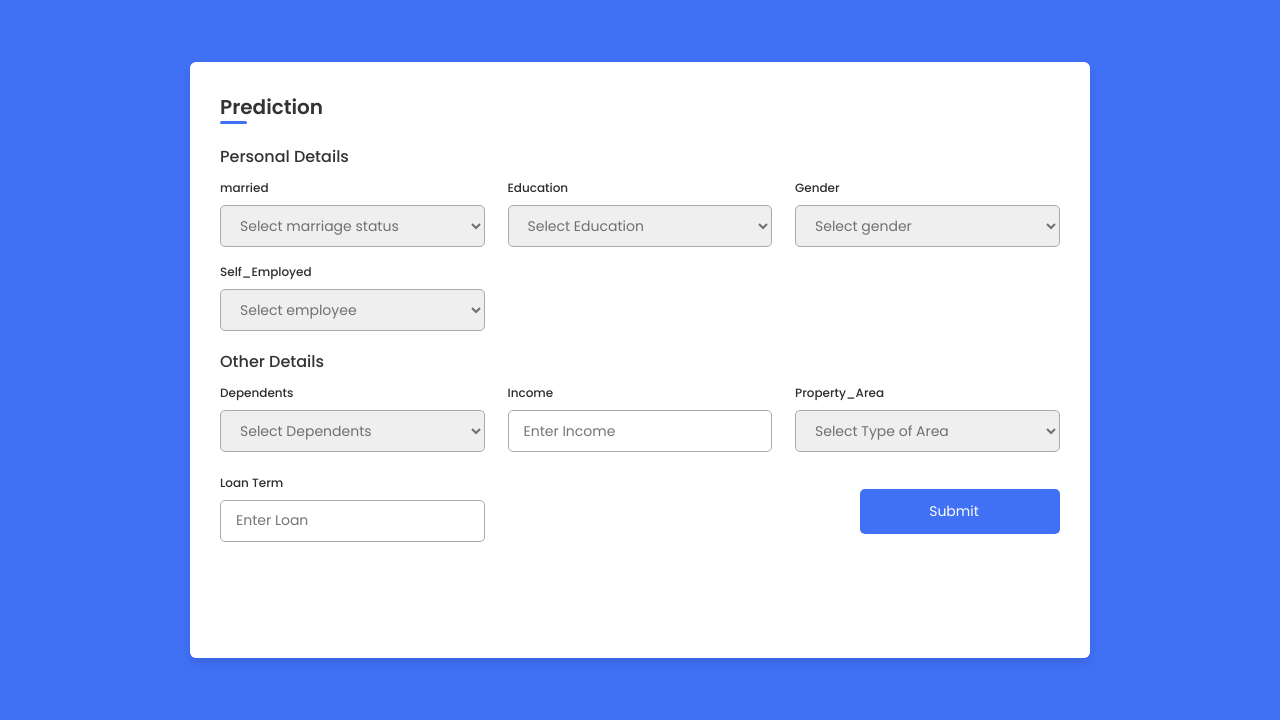
Repository: Harshini-028/majorProject_LoanPrediction
Page: http://localhost/predict
An editor plug-in stored every save of this project. The page is shown before and after the next save, followed by the edit.
The browser window is 1280 px wide. The pictures show the whole page.
Some icons come from a web library that is not loaded, so they are not drawn. The page is served by the project's application, run on Django 4.2 (manage.py). Other server files are loaded and not shown.

Above is the page before, as saved 2022-06-20 18:49:44.
Console error: TypeError: Cannot read properties of null (reading 'addEventListener')

### prediction/templates/form.html
<!DOCTYPE html>
<!--=== Coding by CodingLab | www.codinglabweb.com === -->
<html lang="en">
<head>
    <meta charset="UTF-8">
    <meta http-equiv="X-UA-Compatible" content="IE=edge">
    <meta name="viewport" content="width=device-width, initial-scale=1.0">

    <!----======== CSS ======== -->
    <!-- <link rel="stylesheet" href="form.css"> -->

    <!----===== Iconscout CSS ===== -->
    <link rel="stylesheet" href="https://unicons.iconscout.com/release/v4.0.0/css/line.css">

    <!--<title>Responsive Regisration Form </title>-->
</head>
<style>
    /* ===== Google Font Import - Poppins ===== */
@import url('https://fonts.googleapis.com/css2?family=Poppins:wght@200;300;400;500;600&display=swap');
*{
    margin: 0;
    padding: 0;
    box-sizing: border-box;
    font-family: 'Poppins', sans-serif;
}
body{
    min-height: 100vh;
    display: flex;
    align-items: center;
    justify-content: center;
    background: #4070f4;
}
.container{
    position: relative;
    max-width: 900px;
    width: 100%;
    border-radius: 6px;
    padding: 30px;
    margin: 0 15px;
    background-color: #fff;
    box-shadow: 0 5px 10px rgba(0,0,0,0.1);
}
.container header{
    position: relative;
    font-size: 20px;
    font-weight: 600;
    color: #333;
}
.container header::before{
    content: "";
    position: absolute;
    left: 0;
    bottom: -2px;
    height: 3px;
    width: 27px;
    border-radius: 8px;
    background-color: #4070f4;
}
.container form{
    position: relative;
    margin-top: 16px;
    min-height: 490px;
    background-color: #fff;
    overflow: hidden;
}
.container form .form{
    position: absolute;
    background-color: #fff;
    transition: 0.3s ease;
}

form.secActive .form.first{
    opacity: 0;
    pointer-events: none;
    transform: translateX(-100%);
}
.container form .title{
    display: block;
    margin-bottom: 8px;
    font-size: 16px;
    font-weight: 500;
    margin: 6px 0;
    color: #333;
}
.container form .fields{
    display: flex;
    align-items: center;
    justify-content: space-between;
    flex-wrap: wrap;
}
form .fields .input-field{
    display: flex;
    width: calc(100% / 3 - 15px);
    flex-direction: column;
    margin: 4px 0;
}
.input-field label{
    font-size: 12px;
    font-weight: 500;
    color: #2e2e2e;
}
.input-field input, select{
    outline: none;
    font-size: 14px;
    font-weight: 400;
    color: #333;
    border-radius: 5px;
    border: 1px solid #aaa;
    padding: 0 15px;
    height: 42px;
    margin: 8px 0;
}
.input-field input :focus,
.input-field select:focus{
    box-shadow: 0 3px 6px rgba(0,0,0,0.13);
}
.input-field select,
.input-field input[type="date"]{
    color: #707070;
}
.input-field input[type="date"]:valid{
    color: #333;
}
.container form button, .backBtn{
    display: flex;
    align-items: center;
    justify-content: center;
    height: 45px;
    max-width: 200px;
    width: 100%;
    border: none;
    outline: none;
    color: #fff;
    border-radius: 5px;
    margin: 25px 0;
    background-color: #4070f4;
    transition: all 0.3s linear;
    cursor: pointer;
}
.container form .btnText{
    font-size: 14px;
    font-weight: 400;
}
form button:hover{
    background-color: #265df2;
}
form button i,
form .backBtn i{
    margin: 0 6px;
}
form .backBtn i{
    transform: rotate(180deg);
}
form .buttons{
    display: flex;
    align-items: center;
}
form .buttons button , .backBtn{
    margin-right: 14px;
}

@media (max-width: 750px) {
    .container form{
        overflow-y: scroll;
    }
    .container form::-webkit-scrollbar{
       display: none;
    }
    form .fields .input-field{
        width: calc(100% / 2 - 15px);
    }
}

@media (max-width: 550px) {
    form .fields .input-field{
        width: 100%;
    }
}
</style>
<body>
    <div class="container">
        <header>Prediction</header>

        <form action="#" method="post">
            <div class="form first">
                <div class="details personal">
                    <span class="title">Personal Details</span>

                    <div class="fields">




                        <div class="input-field">
                            <label>married</label>
                            <select required name="married">
                                <option disabled selected>Select marriage status</option>
                                <option value="1" >Yes</option>
                                <option value="0">No</option>

                            </select>
                        </div>

                        <div class="input-field">
                            <label>Education</label>
                            <select required name="Education">
                                <option disabled selected>Select Education</option>
                                <option value="1">Graduate</option>
                                <option value="0">Not Graduate</option>

                            </select>
                        </div>

                        <div class="input-field">
                            <label>Gender</label>
                            <select required name="Gender">
                                <option disabled selected>Select gender</option>
                                <option>Male</option>
                                <option>Female</option>
                                <option>Others</option>
                            </select>
                        </div>

                        <div class="input-field">
                            <label>Self_Employed </label>
                            <select required name="Self_Employed">
                                <option disabled selected>Select employee</option>
                                <option>Yes</option>
                                <option>No</option>

                            </select>
                        </div>
                    </div>
                </div>

                <div class="Other Details">
                    <span class="title">Other Details</span>

                    <div class="fields">
                        <div class="input-field">
                            <label>Dependents</label>
                            <select required name="Self_Employed">
                                <option disabled selected>Select Dependents</option>
                                <option value="0">0</option>
                                <option value="1">1</option>
                                <option value="2">2</option>
                                <option value="4">4</option>

                            </select>
                        </div>

                        <div class="input-field">
                            <label>Income</label>
                            <input type="number" placeholder="Enter Income" required name="Income">
                        </div>

                        <div class="input-field">
                            <label>Property_Area</label>
                            <select required name="Property_Area">
                                <option disabled selected>Select Type of Area</option>
                                <option value="0">Urban</option>

                                <option value="1">Rural</option>
                            </select>
                        </div>

                        <div class="input-field">
                            <label>Loan Term</label>
                            <input type="number" placeholder="Enter Loan" required name="loanterm">
                        </div>

                        <button class="sumbit" type="submit">
                            <span class="btnText">Submit</span>
                            <i class="uil uil-navigator"></i>
                        </button>
                    </div>
                </div>
            </div>
        </form>
    </div>

    <!--<script src="main.js"></script>-->
    <script src="main.js"></script>
</body>
</html>

### prediction/views.py
from django.shortcuts import render

# Create your views here.

def homepage(request):
    return render(request,'index.html')

def predictpage(request):
    return render(request,'form.html')

### loanprediction/urls.py
"""loanprediction URL Configuration

The `urlpatterns` list routes URLs to views. For more information please see:
    https://docs.djangoproject.com/en/4.0/topics/http/urls/
Examples:
Function views
    1. Add an import:  from my_app import views
    2. Add a URL to urlpatterns:  path('', views.home, name='home')
Class-based views
    1. Add an import:  from other_app.views import Home
    2. Add a URL to urlpatterns:  path('', Home.as_view(), name='home')
Including another URLconf
    1. Import the include() function: from django.urls import include, path
    2. Add a URL to urlpatterns:  path('blog/', include('blog.urls'))
"""
from django.contrib import admin
from django.urls import include, path

urlpatterns = [
    path('admin/', admin.site.urls),
    path('',include('prediction.urls')),
]

### prediction/urls.py
from . import views
from django.urls import include, path

urlpatterns = [

    path('',views.homepage,name='homepage'),
    path('predict',views.predictpage,name='predictpage'),
]

Loaded but not shown: prediction/templates/main.js (common file)

After the next save:
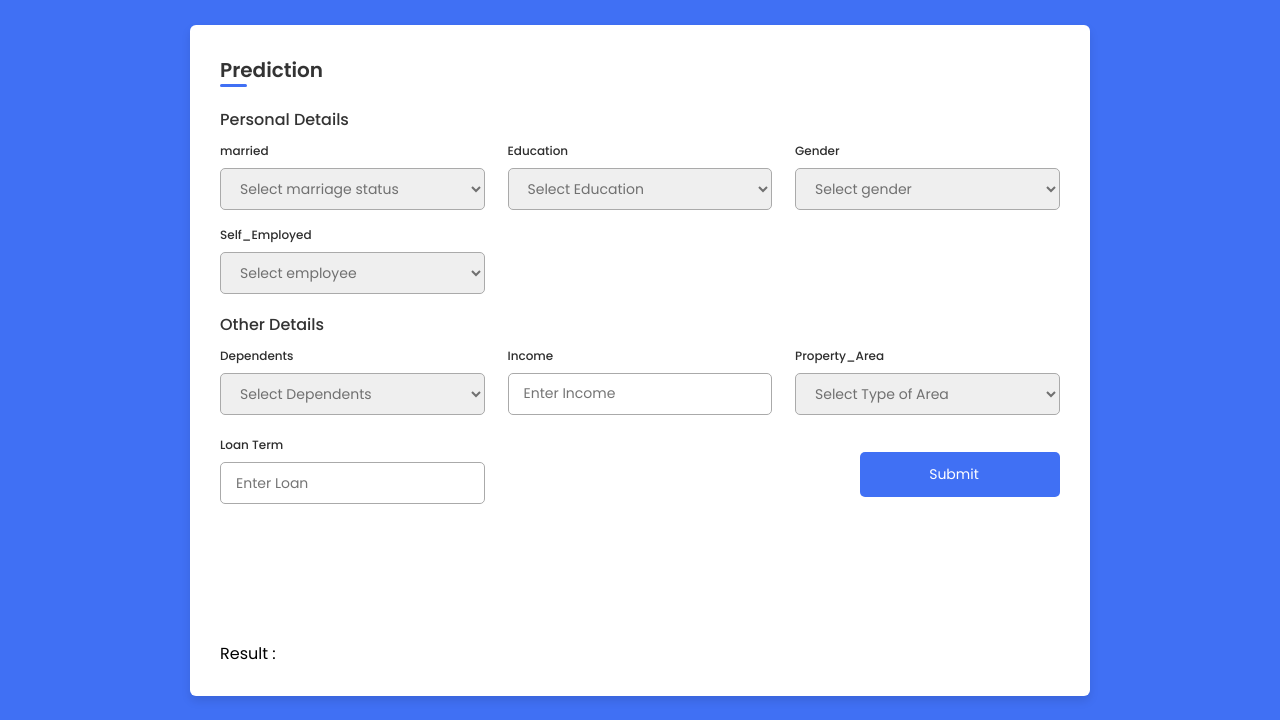
Saved 59 s later.
--- a/prediction/templates/form.html
+++ b/prediction/templates/form.html
@@ -277,6 +277,8 @@ form .buttons button , .backBtn{
                 </div>
             </div>
         </form>
+        <br><br>
+        Result : {{result}}
     </div>
 
     <!--<script src="main.js"></script>-->
